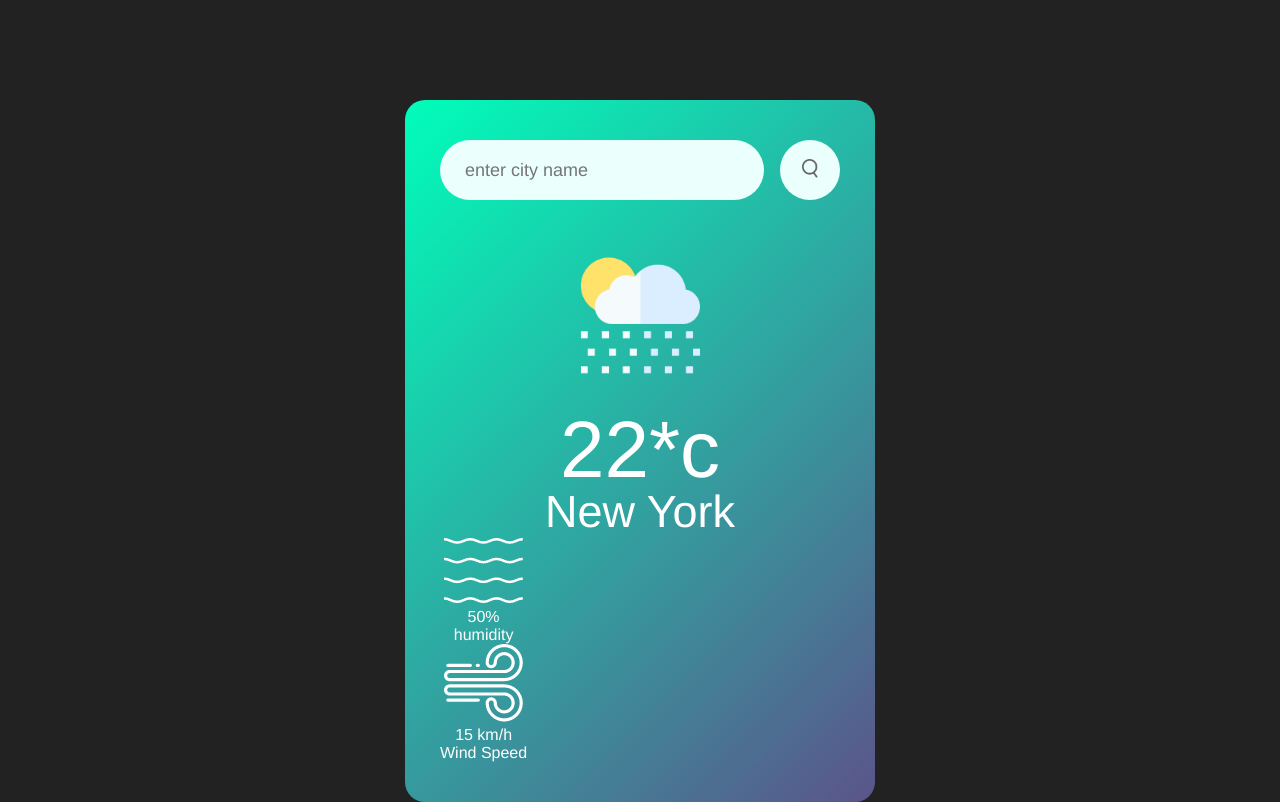
Repository: sodmaq/weatherApp
Page: index.html
An editor plug-in stored every save of this project. The page is shown before and after a run of saves, followed by the edit.
The browser window is 1280 px wide. The pictures show the whole page.

Above is the page before, as saved 2023-06-24 22:36:53.

### index.html
<!DOCTYPE html>
<html lang="en">
  <head>
    <meta charset="UTF-8" />
    <meta name="viewport" content="width=device-width, initial-scale=1.0" />
    <link rel="stylesheet" href="style.css" />
    <title>Weather App</title>
  </head>
  <body>
    <div class="card">
      <div class="search">
        <input type="text" placeholder="enter city name" spellcheck="false" />
        <button><img src="images/search.png" alt="search_icon" /></button>
      </div>
      <div class="weather">
        <img src="images/rain.png" alt="rain_icon" class="weather-icon" />
        <h1 class="temp">22*c</h1>
        <h2 class="city">New York</h2>
        <div class="details">
          <div class="col">
            <img src="images/humidity.png" alt="humidity_icon" />
            <div>
              <p class="humidity">50%</p>
              <p>humidity</p>
            </div>

            <div class="col">
                <img src="images/wind.png" alt="wind_icon" />
                <div>
                  <p class="Wind">15 km/h</p>
                  <p>Wind Speed</p>
                </div>
          </div>
        </div>
      </div>
    </div>
  </body>
</html>

### style.css
* {
  margin: 0;
  padding: 0;
  font-family: "Franklin Gothic Medium", "Arial Narrow", Arial, sans-serif;
  box-sizing: border-box;
}
body {
  background-color: #222;
}

.card {
  width: 90%;
  max-width: 470px;
  background: linear-gradient(135deg, #00feba, #5b548a);
  color: #fff;
  margin: 100px auto 0;
  border-radius: 20px;
  padding: 40px 35px;
  text-align: center;
}
.search {
  width: 100%;
  display: flex;
  align-items: center;
  justify-content: space-between;
}

.search input {
  border: 0;
  outline: 0;
  background: #ebfffc;
  color: #555;
  padding: 10px 25px;
  height: 60px;
  border-radius: 30px;
  flex: 1;
  margin-right: 16px;
  font-size: 18px;
}
.search button {
  border: 0;
  outline: 0;
  background: #ebfffc;
  border-radius: 50%;
  width: 60px;
  height: 60px;
  cursor: pointer;
}
.search button img {
  width: 16px;
}
.weather-icon {
  width: 170px;
  margin-top: 30px;
}
.weather h1 {
  font-size: 80px;
  font-weight: 500;
}

.weather h2 {
  font-size: 45px;
  font-weight: 400;
  margin-top: -10px;
}

.details {
  display: flex;
  align-items: center;
  justify-content: space-between;
  padd
}

After the next 2 saves:
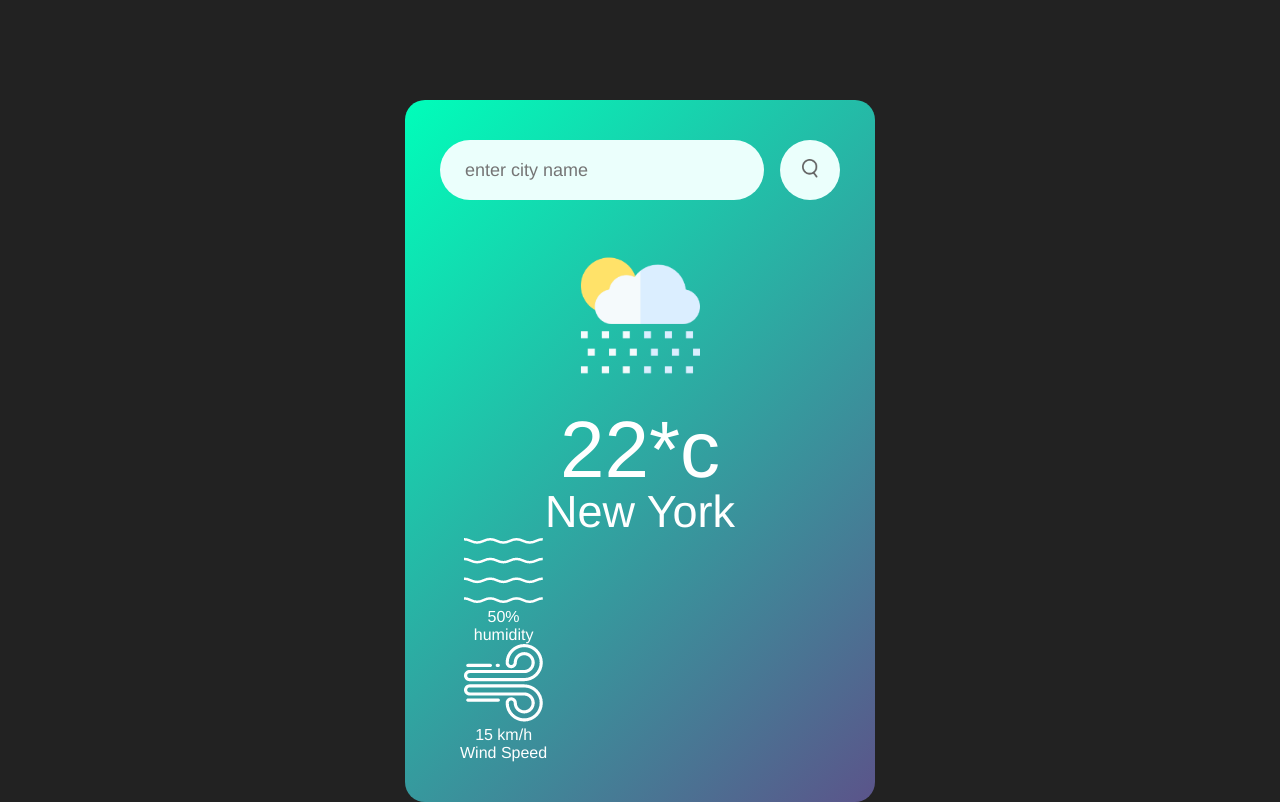
The 2 saves are shown as one change because they came seconds apart.
The last was saved 10 s later.
--- a/style.css
+++ b/style.css
@@ -68,5 +68,5 @@ body {
   display: flex;
   align-items: center;
   justify-content: space-between;
-  padd
+  padding: 0 20px;
 }
